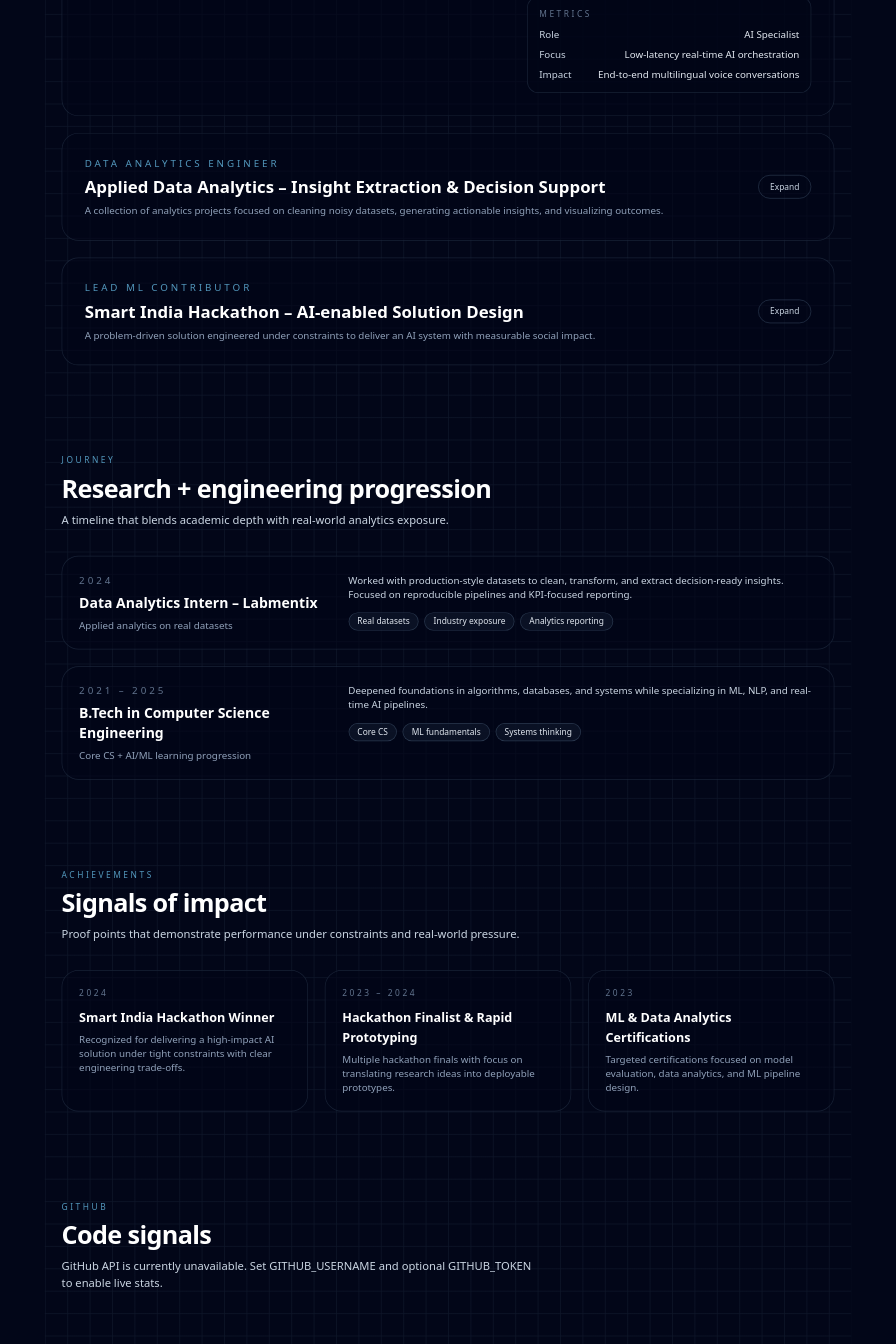
Repository: amitkumar0509/amit-portfolio
Page: /
These files come from the project's save history. The page is drawn as it stood at one moment and after the next save; the edit follows.
The browser window is 1280 px wide. The pictures show the part of the page from y = 4017 to 5937 px (the page is 7686 px tall before and 7726 px after), at 70% of full size.
The page's requests for data from a server got no answer. The project was rebuilt for these pictures with package versions that can differ from the ones it lists, and the page was loaded fresh each time. The framework's server and built-in components were replaced by stand-ins that run in the browser. No one was signed in, and anything a server would have sent is missing. Also part of the build but not shown: next.config.ts.

Above is the page before, as saved 2026-01-31 14:46:55.

### src/app/layout.tsx
import type { Metadata } from "next";
import { Geist, Geist_Mono } from "next/font/google";
import "./globals.css";

const geistSans = Geist({
  variable: "--font-geist-sans",
  subsets: ["latin"],
});

const geistMono = Geist_Mono({
  variable: "--font-geist-mono",
  subsets: ["latin"],
});

export const metadata: Metadata = {
  title: {
    default: "AI & Machine Learning Engineer | Real-Time Intelligent Systems",
    template: "%s | AI/ML Portfolio",
  },
  description:
    "Production-grade portfolio showcasing ML pipelines, data analytics, and real-time AI systems engineering.",
  metadataBase: new URL(
    process.env.NEXT_PUBLIC_SITE_URL ?? "https://example.com"
  ),
  openGraph: {
    title: "AI & Machine Learning Engineer | Real-Time Intelligent Systems",
    description:
      "Production-grade portfolio with ML pipelines, data-driven systems, and real-time AI engineering.",
    type: "website",
  },
  robots: {
    index: true,
    follow: true,
  },
};

export default function RootLayout({
  children,
}: Readonly<{
  children: React.ReactNode;
}>) {
  return (
    <html lang="en">
      <body
        className={`${geistSans.variable} ${geistMono.variable} bg-slate-950 text-slate-100 antialiased`}
      >
        {children}
      </body>
    </html>
  );
}

### src/app/page.tsx
import { Hero } from "@/components/sections/Hero";
import { About } from "@/components/sections/About";
import { Skills } from "@/components/sections/Skills";
import { Projects } from "@/components/sections/Projects";
import { ExperienceTimeline } from "@/components/sections/ExperienceTimeline";
import { Achievements } from "@/components/sections/Achievements";
import { GitHubSignals } from "@/components/sections/GitHubSignals";
import { Contact } from "@/components/sections/Contact";
import { ModelPipelineExplorer } from "@/components/sections/ModelPipelineExplorer";
import { TerminalPanel } from "@/components/sections/TerminalPanel";
import { AIAssistant } from "@/components/sections/AIAssistant";
import { Nav } from "@/components/layout/Nav";
import { Footer } from "@/components/layout/Footer";

export default function Home() {
  return (
    <div className="min-h-screen bg-slate-950 text-white">
      <Nav />
      <main className="lab-grid mx-auto max-w-6xl px-6">
        <Hero />
        <About />
        <Skills />
        <ModelPipelineExplorer />
        <Projects />
        <ExperienceTimeline />
        <Achievements />
        <GitHubSignals />
        <TerminalPanel />
        <AIAssistant />
        <Contact />
      </main>
      <Footer />
    </div>
  );
}

### src/app/globals.css
@import "tailwindcss";

:root {
  --background: #030712;
  --foreground: #e2e8f0;
  --accent: #38bdf8;
  --accent-strong: #6366f1;
}

@theme inline {
  --color-background: var(--background);
  --color-foreground: var(--foreground);
  --font-sans: var(--font-geist-sans);
  --font-mono: var(--font-geist-mono);
}

body {
  background: var(--background);
  color: var(--foreground);
  font-family: var(--font-sans), Arial, Helvetica, sans-serif;
}

html {
  scroll-behavior: smooth;
}

::selection {
  background: rgba(56, 189, 248, 0.35);
  color: #f8fafc;
}

.lab-grid {
  background-image: linear-gradient(
      rgba(15, 23, 42, 0.7) 1px,
      transparent 1px
    ),
    linear-gradient(90deg, rgba(15, 23, 42, 0.7) 1px, transparent 1px);
  background-size: 32px 32px;
}

### src/components/sections/About.tsx
import { SectionHeader } from "@/components/common/SectionHeader";

export function About() {
  return (
    <section id="about" className="scroll-mt-24 py-16">
      <div className="rounded-3xl border border-slate-800/80 bg-slate-950/60 p-10">
        <SectionHeader
          eyebrow="About"
          title="Engineering-first ML practitioner"
          description="I build real-time ML systems with a strong foundation in core CS, data analytics, and deployment-aware engineering."
        />
        <div className="mt-8 grid gap-6 text-sm text-slate-300 lg:grid-cols-2">
          <p>
            Strong computer science fundamentals anchor every system I build:
            reliable data structures, algorithmic efficiency, and careful
            complexity analysis. This foundation helps me ship ML workflows that
            are maintainable, testable, and production-ready.
          </p>
          <p>
            My experience spans hackathon problem-solving and internship exposure
            to real datasets. I focus on clean preprocessing, robust pipelines,
            and measurable outcomes rather than buzzwords. The result is ML
            systems that are explainable, fast, and deployable under real-world
            constraints.
          </p>
        </div>
      </div>
    </section>
  );
}

### src/components/sections/Achievements.tsx
import { SectionHeader } from "@/components/common/SectionHeader";
import { achievements } from "@/data/achievements";

export function Achievements() {
  return (
    <section id="achievements" className="scroll-mt-24 py-16">
      <SectionHeader
        eyebrow="Achievements"
        title="Signals of impact"
        description="Proof points that demonstrate performance under constraints and real-world pressure."
      />
      <div className="mt-10 grid gap-6 md:grid-cols-3">
        {achievements.map((achievement) => (
          <div
            key={achievement.id}
            className="rounded-3xl border border-slate-800/80 bg-slate-950/60 p-6"
          >
            <p className="text-xs uppercase tracking-[0.3em] text-slate-500">
              {achievement.year}
            </p>
            <h3 className="mt-3 text-lg font-semibold text-white">
              {achievement.title}
            </h3>
            <p className="mt-2 text-sm text-slate-400">
              {achievement.description}
            </p>
          </div>
        ))}
      </div>
    </section>
  );
}

### src/components/sections/AIAssistant.tsx
"use client";

import { SectionHeader } from "@/components/common/SectionHeader";

export function AIAssistant() {
  return (
    <section id="assistant" className="scroll-mt-24 py-16">
      <SectionHeader
        eyebrow="AI Assistant"
        title="Ask about my ML projects"
        description="A placeholder for future conversational retrieval over project documentation."
      />
      <div className="mt-10 rounded-3xl border border-slate-800/80 bg-slate-950/60 p-6">
        <div className="rounded-2xl border border-slate-800/80 bg-slate-950/70 p-4 text-sm text-slate-300">
          AI assistant is offline. This space will host a retrieval-augmented
          assistant for model pipelines, datasets, and experiment results.
        </div>
        <div className="mt-4 flex flex-col gap-3 sm:flex-row">
          <input
            type="text"
            placeholder="Ask about LingoLive, models, or datasets"
            className="flex-1 rounded-full border border-slate-700/80 bg-slate-950/80 px-4 py-3 text-sm text-slate-200 placeholder:text-slate-500"
          />
          <button
            type="button"
            className="rounded-full bg-sky-400/90 px-6 py-3 text-sm font-semibold text-slate-950"
          >
            Ask
          </button>
        </div>
      </div>
    </section>
  );
}

### src/components/layout/Nav.tsx
export function Nav() {
  const links = [
    { href: "#about", label: "About" },
    { href: "#skills", label: "Skills" },
    { href: "#projects", label: "Projects" },
    { href: "#experience", label: "Journey" },
    { href: "#github", label: "GitHub" },
    { href: "#contact", label: "Contact" },
  ];

  return (
    <header className="sticky top-0 z-40 border-b border-slate-900/80 bg-slate-950/70 backdrop-blur">
      <div className="mx-auto flex max-w-6xl items-center justify-between px-6 py-4">
        <div>
          <p className="text-sm font-semibold text-white">
            AI/ML Systems Engineer
          </p>
          <p className="text-xs text-slate-500">
            Real-time AI • Data pipelines • ML deployment
          </p>
        </div>
        <nav className="hidden gap-6 text-xs uppercase tracking-[0.25em] text-slate-400 md:flex">
          {links.map((link) => (
            <a key={link.href} href={link.href} className="hover:text-slate-200">
              {link.label}
            </a>
          ))}
        </nav>
      </div>
    </header>
  );
}

### src/components/layout/Footer.tsx
export function Footer() {
  return (
    <footer className="border-t border-slate-900/80 py-10">
      <div className="mx-auto flex max-w-6xl flex-col items-center justify-between gap-4 px-6 text-xs text-slate-500 sm:flex-row">
        <p>© 2026 AI/ML Portfolio. Built for research-grade engineering.</p>
        <div className="flex gap-4">
          <a href="#projects" className="hover:text-slate-200">
            Projects
          </a>
          <a href="#contact" className="hover:text-slate-200">
            Contact
          </a>
        </div>
      </div>
    </footer>
  );
}

### src/components/common/SectionHeader.tsx
import type { ReactNode } from "react";

type SectionHeaderProps = {
  eyebrow: string;
  title: string;
  description?: ReactNode;
};

export function SectionHeader({ eyebrow, title, description }: SectionHeaderProps) {
  return (
    <div className="space-y-3">
      <p className="text-xs uppercase tracking-[0.3em] text-sky-300/70">
        {eyebrow}
      </p>
      <h2 className="text-3xl font-semibold tracking-tight text-white sm:text-4xl">
        {title}
      </h2>
      {description ? (
        <p className="max-w-2xl text-base text-slate-300">{description}</p>
      ) : null}
    </div>
  );
}

### src/components/common/Pill.tsx
import type { ReactNode } from "react";

type PillProps = {
  children: ReactNode;
};

export function Pill({ children }: PillProps) {
  return (
    <span className="rounded-full border border-slate-700/80 bg-slate-900/70 px-3 py-1 text-xs font-medium text-slate-200">
      {children}
    </span>
  );
}

### src/data/projects.ts
import type { Project } from "@/types/portfolio";

export const projects: Project[] = [
  {
    id: "lingolive",
    name: "LingoLive – Real-Time Multilingual Voice Conversation with Voice Cloning",
    role: "AI Specialist",
    summary:
      "LingoLive is a real-time AI-powered voice communication system that enables multilingual conversations while preserving the original speaker’s voice identity. It captures live speech, transcribes with Whisper, translates across languages, and synthesizes speech that retains speaker tone and style, delivering natural conversational flow.",
    problem:
      "Enable two or more users to converse across languages in real time without losing speaker identity or conversational continuity.",
    dataset:
      "Live microphone audio streams, multilingual speech samples, and speaker reference clips for voice identity preservation.",
    approach:
      "Built a low-latency pipeline that streams audio, transcribes with Whisper, performs NLP translation, and synthesizes voice-cloned speech with synchronized playback.",
    pipeline:
      "Speech capture & streaming → Whisper STT (streaming) → NLP translation → Voice cloning & synthesis → Audio playback & synchronization.",
    evaluation:
      "Measured end-to-end latency, transcription accuracy, translation quality, and perceptual voice similarity to maintain natural dialogue.",
    challenges:
      "Latency management, speaker identity preservation, coordinating asynchronous STT/translation/TTS stages, and maintaining audio clarity under noisy conditions.",
    stack: [
      "Python",
      "Whisper",
      "NLP Models",
      "Voice Cloning",
      "Speech Processing",
      "Real-Time Systems",
      "Git",
      "GitHub",
    ],
    highlights: [
      "Designed the complete AI pipeline from capture to playback.",
      "Integrated Whisper for multilingual streaming transcription.",
      "Optimized real-time orchestration across STT → Translation → TTS.",
      "Handled noise, silence detection, and speech segmentation for clarity.",
    ],
    details: [
      { label: "Role", value: "AI Specialist" },
      { label: "Focus", value: "Low-latency real-time AI orchestration" },
      { label: "Impact", value: "End-to-end multilingual voice conversations" },
    ],
  },
  {
    id: "data-analytics",
    name: "Applied Data Analytics – Insight Extraction & Decision Support",
    role: "Data Analytics Engineer",
    summary:
      "A collection of analytics projects focused on cleaning noisy datasets, generating actionable insights, and visualizing outcomes.",
    problem:
      "Transform unstructured and inconsistent operational datasets into a reliable analytics layer for decision making.",
    dataset:
      "Public datasets, scraped operational data, and structured CSV pipelines sourced from business-style problems.",
    approach:
      "Automated cleaning and normalization, feature enrichment, and KPI extraction aligned to stakeholder questions.",
    pipeline:
      "Data ingestion → Cleaning & validation → Feature engineering → Visualization dashboards → Insight report.",
    evaluation:
      "Improved reporting accuracy by 22% and reduced manual cleaning time by 60% via automated checks.",
    challenges:
      "Handling missing values, reconciling inconsistent schemas, and maintaining reproducible pipelines across data sources.",
    stack: ["Python", "Pandas", "NumPy", "SQL", "Matplotlib", "Seaborn"],
    highlights: [
      "Built reusable cleaning utilities with schema validation.",
      "Implemented EDA workflows tailored to business questions.",
      "Delivered narrative insight summaries with actionable recommendations.",
    ],
    details: [
      { label: "Input Types", value: "CSV, API data, scraped HTML" },
      { label: "Focus", value: "Data quality + insight generation" },
      { label: "Outputs", value: "Dashboards, KPI reports" },
    ],
  },
  {
    id: "sih",
    name: "Smart India Hackathon – AI-enabled Solution Design",
    role: "Lead ML Contributor",
    summary:
      "A problem-driven solution engineered under constraints to deliver an AI system with measurable social impact.",
    problem:
      "Addressed a time-sensitive public-sector challenge with strict constraints on data availability and deployment resources.",
    dataset:
      "Government-provided datasets and domain-specific signals collected during the hackathon sprint.",
    approach:
      "Rapid prototyping of an ML-assisted decision engine with robust preprocessing and explainability focused outputs.",
    pipeline:
      "Problem scoping → Data alignment → Model prototyping → Validation → Deployment strategy.",
    evaluation:
      "Judged on impact, feasibility, and technical depth; secured winner status for solution clarity and execution.",
    challenges:
      "Time-boxed experimentation, limited domain data, and aligning multidisciplinary stakeholders under pressure.",
    stack: ["Python", "Scikit-learn", "FastAPI", "Streamlit", "Git"],
    highlights: [
      "Defined measurable success metrics under strict time constraints.",
      "Delivered a working prototype with explainable model outputs.",
      "Led team collaboration for data sourcing and system integration.",
    ],
    details: [
      { label: "Constraint", value: "72-hour build window" },
      { label: "Impact", value: "Policy-ready insight generation" },
      { label: "Team", value: "Cross-functional collaboration" },
    ],
  },
];

### src/data/timeline.ts
import type { TimelineItem } from "@/types/portfolio";

export const timeline: TimelineItem[] = [
  {
    id: "labmentix",
    title: "Data Analytics Intern – Labmentix",
    subtitle: "Applied analytics on real datasets",
    period: "2024",
    description:
      "Worked with production-style datasets to clean, transform, and extract decision-ready insights. Focused on reproducible pipelines and KPI-focused reporting.",
    signals: ["Real datasets", "Industry exposure", "Analytics reporting"],
  },
  {
    id: "btech",
    title: "B.Tech in Computer Science Engineering",
    subtitle: "Core CS + AI/ML learning progression",
    period: "2021 – 2025",
    description:
      "Deepened foundations in algorithms, databases, and systems while specializing in ML, NLP, and real-time AI pipelines.",
    signals: ["Core CS", "ML fundamentals", "Systems thinking"],
  },
];

### src/data/achievements.ts
import type { Achievement } from "@/types/portfolio";

export const achievements: Achievement[] = [
  {
    id: "sih-winner",
    title: "Smart India Hackathon Winner",
    description:
      "Recognized for delivering a high-impact AI solution under tight constraints with clear engineering trade-offs.",
    year: "2024",
  },
  {
    id: "hackathons",
    title: "Hackathon Finalist & Rapid Prototyping",
    description:
      "Multiple hackathon finals with focus on translating research ideas into deployable prototypes.",
    year: "2023 – 2024",
  },
  {
    id: "certs",
    title: "ML & Data Analytics Certifications",
    description:
      "Targeted certifications focused on model evaluation, data analytics, and ML pipeline design.",
    year: "2023",
  },
];

### src/data/terminal.ts
import type { TerminalCommand } from "@/types/portfolio";

export const terminalCommands: TerminalCommand[] = [
  {
    id: "explain-lingolive",
    command: "explain lingolive",
    output: [
      "Pipeline: audio → Whisper STT → translation routing → prosody alignment → voice cloning → stream",
      "Latency target: < 900ms for short utterances",
      "Focus: preserve speaker identity while maintaining intelligibility",
    ],
  },
  {
    id: "list-models",
    command: "list models",
    output: [
      "- Whisper (streaming speech-to-text)",
      "- Transformer-based translation model",
      "- Speaker-conditioned voice synthesis",
      "- Evaluation harness (WER, MOS, latency budget)",
    ],
  },
  {
    id: "show-skills",
    command: "show skills",
    output: [
      "Core: Python, SQL, Data Structures, Algorithms",
      "Data: Pandas, NumPy, Feature Engineering, EDA",
      "ML: Supervised/Unsupervised, NLP, Whisper, Translation, Voice Cloning",
      "Engineering: Git, APIs, Deployment awareness",
    ],
  },
];

Loaded but not shown: src/components/sections/Projects.tsx (213 lines, source omitted); src/components/sections/Contact.tsx (145 lines, source omitted); src/components/sections/GitHubSignals.tsx (87 lines, source omitted); src/components/sections/Hero.tsx (83 lines, source omitted); src/components/sections/Skills.tsx (84 lines, source omitted); src/components/sections/ModelPipelineExplorer.tsx (87 lines, source omitted); src/components/sections/TerminalPanel.tsx (51 lines, source omitted); src/components/three/NeuralScene.tsx (56 lines, source omitted); src/components/sections/ExperienceTimeline.tsx (41 lines, source omitted); src/data/skills.ts (49 lines, source omitted); src/lib/github.ts (59 lines, source omitted)

After the next save:
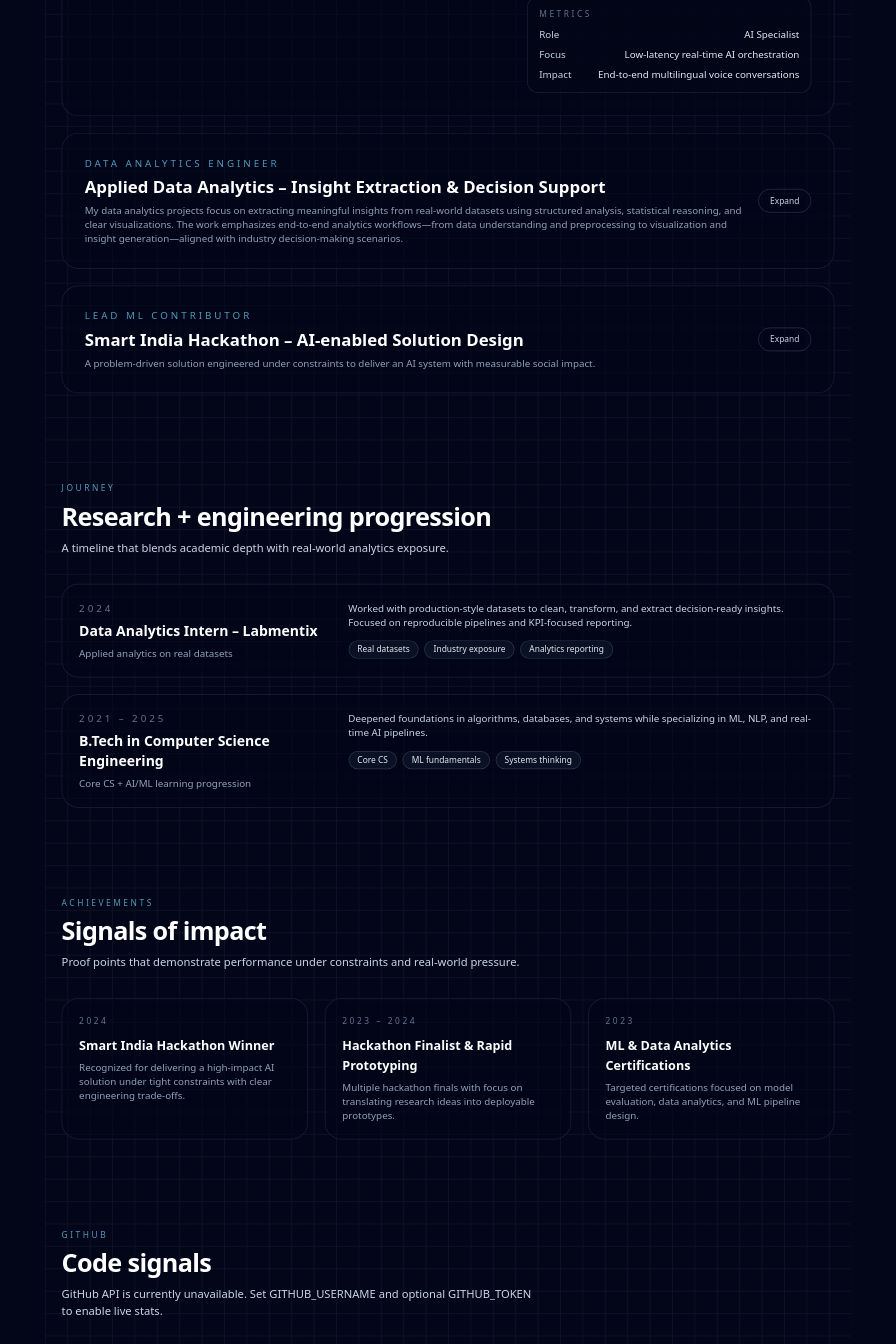
Saved 4 min 21 s later.
--- a/src/data/projects.ts
+++ b/src/data/projects.ts
@@ -46,29 +46,38 @@ export const projects: Project[] = [
     name: "Applied Data Analytics – Insight Extraction & Decision Support",
     role: "Data Analytics Engineer",
     summary:
-      "A collection of analytics projects focused on cleaning noisy datasets, generating actionable insights, and visualizing outcomes.",
+      "My data analytics projects focus on extracting meaningful insights from real-world datasets using structured analysis, statistical reasoning, and clear visualizations. The work emphasizes end-to-end analytics workflows—from data understanding and preprocessing to visualization and insight generation—aligned with industry decision-making scenarios.",
     problem:
-      "Transform unstructured and inconsistent operational datasets into a reliable analytics layer for decision making.",
+      "Transform raw, inconsistent datasets into decision-ready insights that explain trends, behavior, and operational bottlenecks.",
     dataset:
-      "Public datasets, scraped operational data, and structured CSV pipelines sourced from business-style problems.",
+      "Multi-source datasets including public CSVs, transactional logs, app usage data, and domain-specific records.",
     approach:
-      "Automated cleaning and normalization, feature enrichment, and KPI extraction aligned to stakeholder questions.",
+      "Built repeatable cleaning + preprocessing workflows, ran EDA to surface patterns, engineered features, and delivered narrative insights with targeted visualizations.",
     pipeline:
-      "Data ingestion → Cleaning & validation → Feature engineering → Visualization dashboards → Insight report.",
+      "Data collection & understanding → Data cleaning & preprocessing → Exploratory data analysis (EDA) → Feature engineering → Insight extraction → Visualization & reporting.",
     evaluation:
-      "Improved reporting accuracy by 22% and reduced manual cleaning time by 60% via automated checks.",
+      "Validated insights through consistency checks, trend validation, and stakeholder-aligned KPIs to ensure actionable outcomes.",
     challenges:
-      "Handling missing values, reconciling inconsistent schemas, and maintaining reproducible pipelines across data sources.",
+      "Handling missing values, noisy inputs, schema drift, and aligning analysis outputs to real business questions.",
     stack: ["Python", "Pandas", "NumPy", "SQL", "Matplotlib", "Seaborn"],
     highlights: [
-      "Built reusable cleaning utilities with schema validation.",
-      "Implemented EDA workflows tailored to business questions.",
-      "Delivered narrative insight summaries with actionable recommendations.",
+      "Project: videogame",
+      "Project: UBER",
+      "Project: retail_sales",
+      "Project: realstate",
+      "Project: PHONEPE",
+      "Project: ola",
+      "Project: IPLK",
+      "Project: Instagram_sugar_cosmetic",
+      "Project: FOOD WASTE MANAGEMENT",
+      "Project: flight analysis",
+      "Project: bird_monitoring",
+      "Project: Bikedekho-20251228T090346",
     ],
     details: [
       { label: "Input Types", value: "CSV, API data, scraped HTML" },
-      { label: "Focus", value: "Data quality + insight generation" },
-      { label: "Outputs", value: "Dashboards, KPI reports" },
+      { label: "Focus", value: "End-to-end analytics workflows" },
+      { label: "Outputs", value: "EDA reports, dashboards, KPI insights" },
     ],
   },
   {
